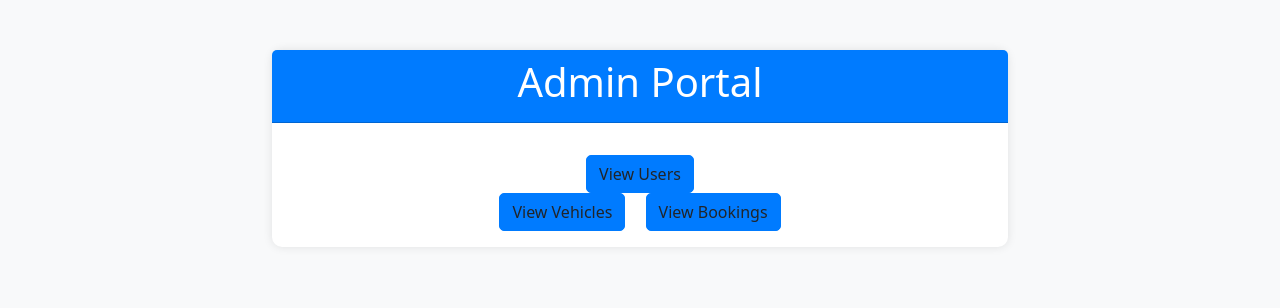
Repository: VimashaVishvani/VehicleRental
Page: http://localhost/Vehicle_rentalDb/admin.jsp
The author's editor kept a copy of each file at every save. The page is drawn from the files as they stood at one save, then again after the next save.
The browser window is 1280 px wide. The pictures show the whole page.
The page is served by Tomcat 9.

Above is the page before, as saved 2024-05-08 21:03:40.

After the next save:
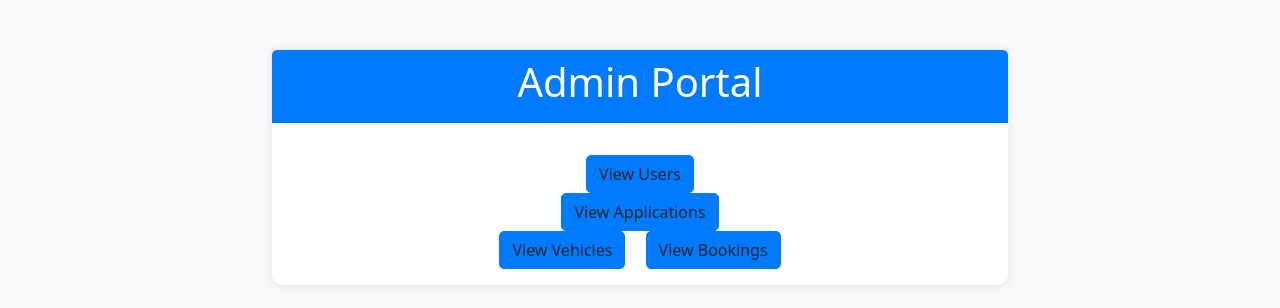
Saved 5 min 50 s later.
--- a/Vehicle_rentalDb/src/main/webapp/admin.jsp
+++ b/Vehicle_rentalDb/src/main/webapp/admin.jsp
@@ -68,7 +68,16 @@
                     <div class="text-center">
                         <!-- Buttons for navigating to other pages -->
 
-                        <form action="viewUser" method="get"><button type="submit"  class="btn btn-custom mx-2">View Users</button></form>
+                        <form action="viewUser" method="get">
+                        	<input type="hidden" value="ViewUsers" name="task">
+                        	<button type="submit"  class="btn btn-custom mx-2">View Users</button>
+                        </form>
+
+
+                          <form action="viewUser" method="get">
+                        	<input type="hidden" value="ViewApplications" name="task">
+                        	<button type="submit"  class="btn btn-custom mx-2">View Applications</button>
+                        </form>
                         <a href="ViewUsers.jsp" class="btn btn-custom mx-2">View Vehicles</a>
                         <a href="viewBookings.jsp" class="btn btn-custom mx-2">View Bookings</a>
                     </div>
